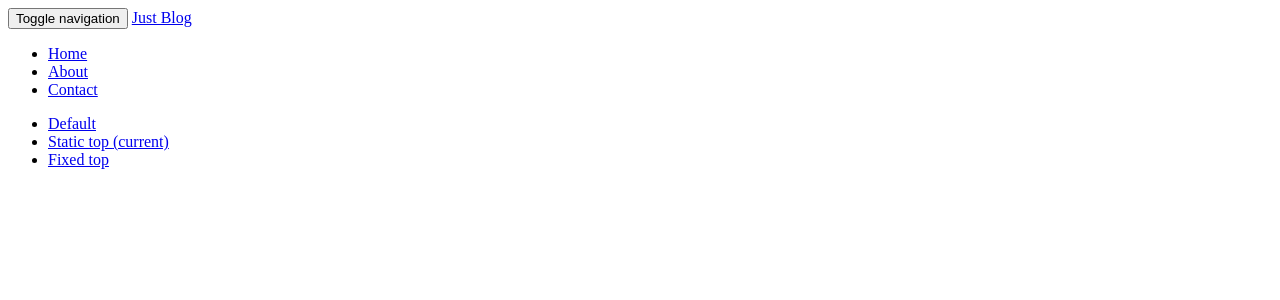
Repository: irfanhabib0/Final-JustBlog
Page: JustBlogFrontEnd/WebContent/user/Header2.html
These files come from the project's save history. The page is drawn as it stood at one moment and after the next save; the edit follows.
The browser window is 1280 px wide. The pictures show the whole page.

Above is the page before, as saved 2017-08-24 09:32:37.

### JustBlogFrontEnd/WebContent/user/Header2.html
 <!-- Static navbar -->
    <nav class="navbar navbar-inverse  navbar-static-top">
      <div class="container">
        <div class="navbar-header">
          <button type="button" class="navbar-toggle collapsed" data-toggle="collapse" data-target="#navbar" aria-expanded="false" aria-controls="navbar">
            <span class="sr-only">Toggle navigation</span>
            <span class="icon-bar"></span>
            <span class="icon-bar"></span>
            <span class="icon-bar"></span>
          </button>
          <a class="navbar-brand" href="#">Just Blog</a>
        </div>
        <div id="navbar" class="navbar-collapse collapse">
          <ul class="nav navbar-nav">
            <li class="active"><a href="#">Home</a></li>
            <li><a href="#about">About</a></li>
            <li><a href="#contact">Contact</a></li>

          </ul>
           <ul class="nav navbar-nav navbar-right">
            <li><a href="../navbar/">Default</a></li>
            <li class="active"><a href="./">Static top <span class="sr-only">(current)</span></a></li>
            <li><a href="../navbar-fixed-top/">Fixed top</a></li>
           </ul>

          </div>


          </div>

      </nav>
        </div><!--/.nav-collapse -->
      </div>

After the next save:
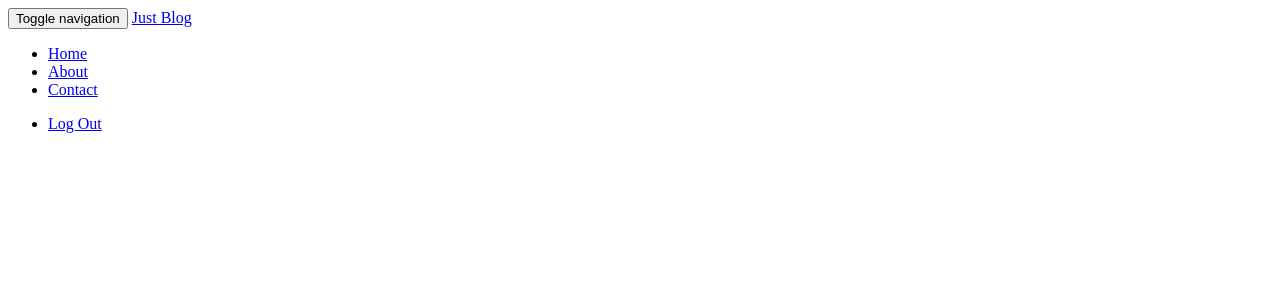
Saved 69 s later.
--- a/JustBlogFrontEnd/WebContent/user/Header2.html
+++ b/JustBlogFrontEnd/WebContent/user/Header2.html
@@ -18,9 +18,9 @@
 
           </ul>
            <ul class="nav navbar-nav navbar-right">
-            <li><a href="../navbar/">Default</a></li>
-            <li class="active"><a href="./">Static top <span class="sr-only">(current)</span></a></li>
-            <li><a href="../navbar-fixed-top/">Fixed top</a></li>
+            <!-- <li><a href="../navbar/">Default</a></li>
+            <li class="active"><a href="./">Static top <span class="sr-only">(current)</span></a></li> -->
+            <li><a href="../navbar-fixed-top/">Log Out</a></li>
            </ul>
 
           </div>
